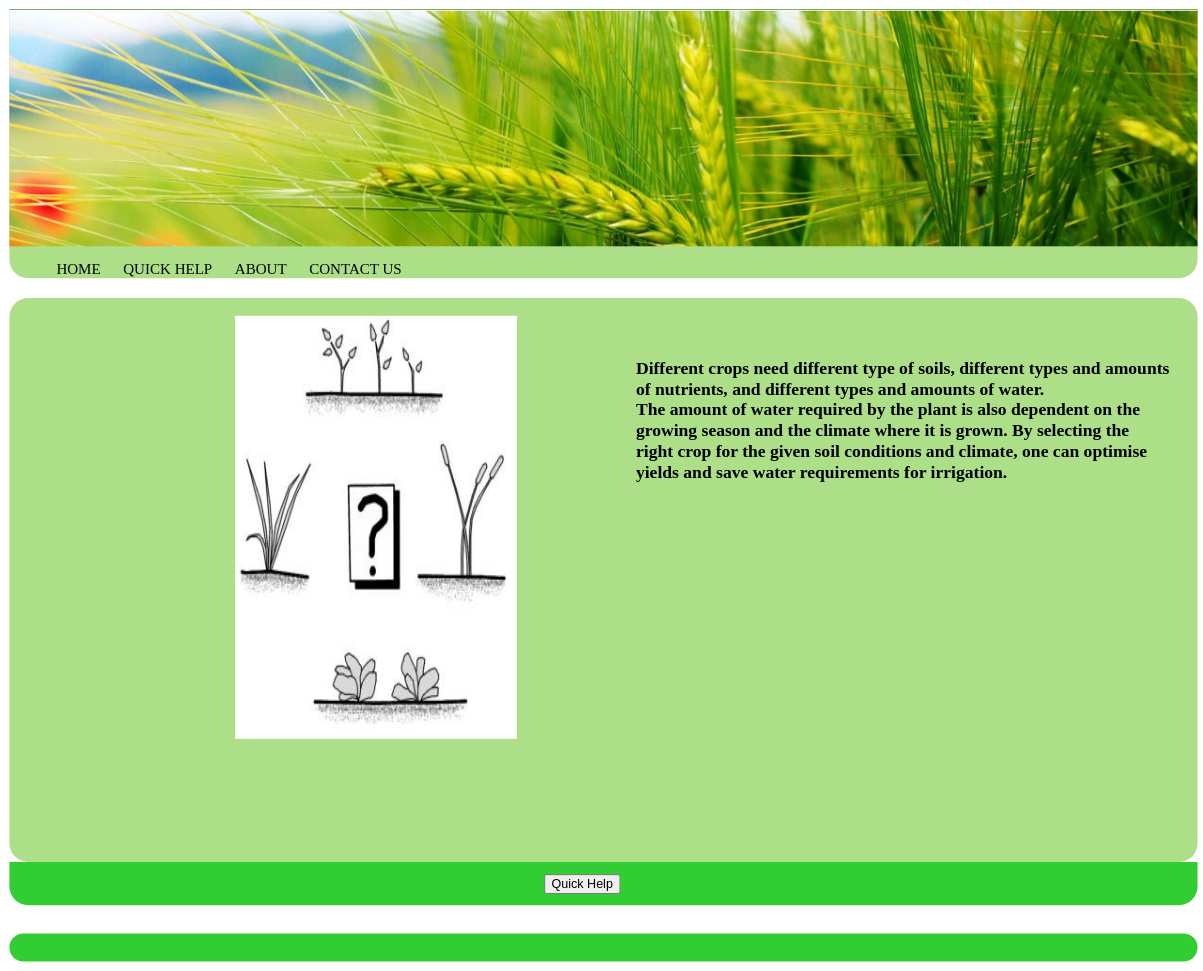
Repository: shivamtyagi1234/FarmoFriend
Page: http://localhost/FarmoFriend/
These files come from the project's save history. The page is drawn as it stood at one moment and after the next save; the edit follows.
The browser window is 1280 px wide. The pictures show the whole page, at 94% of full size.
The page is served by Tomcat 9. Other server files are loaded and not shown.

Above is the page before, as saved 2019-11-03 07:14:50.

### FarmoFriend/WebContent/home.jsp
<%@ page language="java" contentType="text/html; charset=ISO-8859-1"
    pageEncoding="ISO-8859-1"%>
<!DOCTYPE html PUBLIC "-//W3C//DTD HTML 4.01 Transitional//EN" "http://www.w3.org/TR/html4/loose.dtd">
<html>
<head>
<meta http-equiv="Content-Type" content="text/html; charset=ISO-8859-1">
<title>home</title>

<style type="text/css">
#main
{
width: 100%;
height: 100%;
border: 2px solid white;
}
#homeHead
{
background-color: #ACDF87;
border-radius:0px 0px 20px 20px;
}
#blank1
{
width: 100%;
height: 5px;
}
#homeBody
{
background-color: #ACDF87;
border-top:2px solid;
width: 100%;
height: 600px;
border: 2px;
border-color:limegreen;
border-radius:20px 20px 20px 20px;
}
#homeImage
{
height: 100%;
width: 50%;
}
#homeContent
{
height: 100%;
width: 50%;
}
#homeBody img
{
height:450px;
width:300px;
padding-left: 38%;
padding-top: 3%;
}
#vote
{
border:2px;
border-color: limegreen;
padding-top:1%;
padding-left: 45%;
padding-bottom:1%;
background-color: limegreen;
border-radius:0px 0px 20px 20px;
}
#blank2
{
width: 100%;
height:30px;
}
</style>
</head>
<body >
<div id="main">
<div id="homeHead">
<jsp:include page="header.jsp"></jsp:include>
</div>
<div id="blank1"></div>

<div id="homeBody">
	<div style="float: left; width: 50%"><img alt="home1" src="images\crop selection.jpg" ></div>
	<div style="float: right; text-align: left; text-decoration: blink; padding-right:30px; padding-top: 45px";>
	<p><h3>Different crops need different type of soils, different types and amounts
	<br>of nutrients, and different types and amounts of water.
	<br> The amount of water required by the plant is also dependent on the
	<br>growing season and the climate where it is grown. By selecting the
	<br>right crop for the given soil conditions and climate, one can optimise
	<br> yields and save water requirements for irrigation.<br></h3></p>
	</div>




</div>
<div id="vote">
<a href="voterLogin.jsp"><button>Quick Help</button></a>
</div>
<div id="blank2"></div>
<div id="homeFoot">
<jsp:include page="footer.jsp"></jsp:include>
</div>
</div>
</body>
</html>

### FarmoFriend/WebContent/header.jsp
<%@ page language="java" contentType="text/html; charset=ISO-8859-1"
    pageEncoding="ISO-8859-1"%>
<!DOCTYPE html PUBLIC "-//W3C//DTD HTML 4.01 Transitional//EN" "http://www.w3.org/TR/html4/loose.dtd">
<head>
<meta http-equiv="Content-Type" content="text/html; charset=ISO-8859-1">
<title>result</title>
<style>
#header
{
height: 25%;
width: 100%;


}
#header ul
{
list-style-type: none;
}
#header ul li
{
display: inline;

padding: 10px;
}
#header ul li a
{
text-decoration: none;
color: black;
}
</style>
</head>
<body>
<div id="header">
	<img src="images\head.png" width="100%">
	<ul>
	<li><a href="home.jsp">HOME</a></li>
	<li><a href="registration.jsp">QUICK HELP</a></li>
	<li><a href="voterLogin.jsp">ABOUT</a></li>
	<li><a href="result.jsp">CONTACT US</a></li>
</ul>
</div>
</body>
</html>

### FarmoFriend/WebContent/footer.jsp
<%@ page language="java" contentType="text/html; charset=ISO-8859-1"
    pageEncoding="ISO-8859-1"%>
<!DOCTYPE html PUBLIC "-//W3C//DTD HTML 4.01 Transitional//EN" "http://www.w3.org/TR/html4/loose.dtd">
<html>
<head>
<meta http-equiv="Content-Type" content="text/html; charset=ISO-8859-1">

<title>FOOTER</title>
<style type="text/css">
#footer
{
width: 100%;
height: 30px;
background-color: limegreen;
border-radius:20px 20px 20px 20px;
}
</style>
</head>
<body>
<div id="footer">

</div>
</body>
</html>

After the next save:
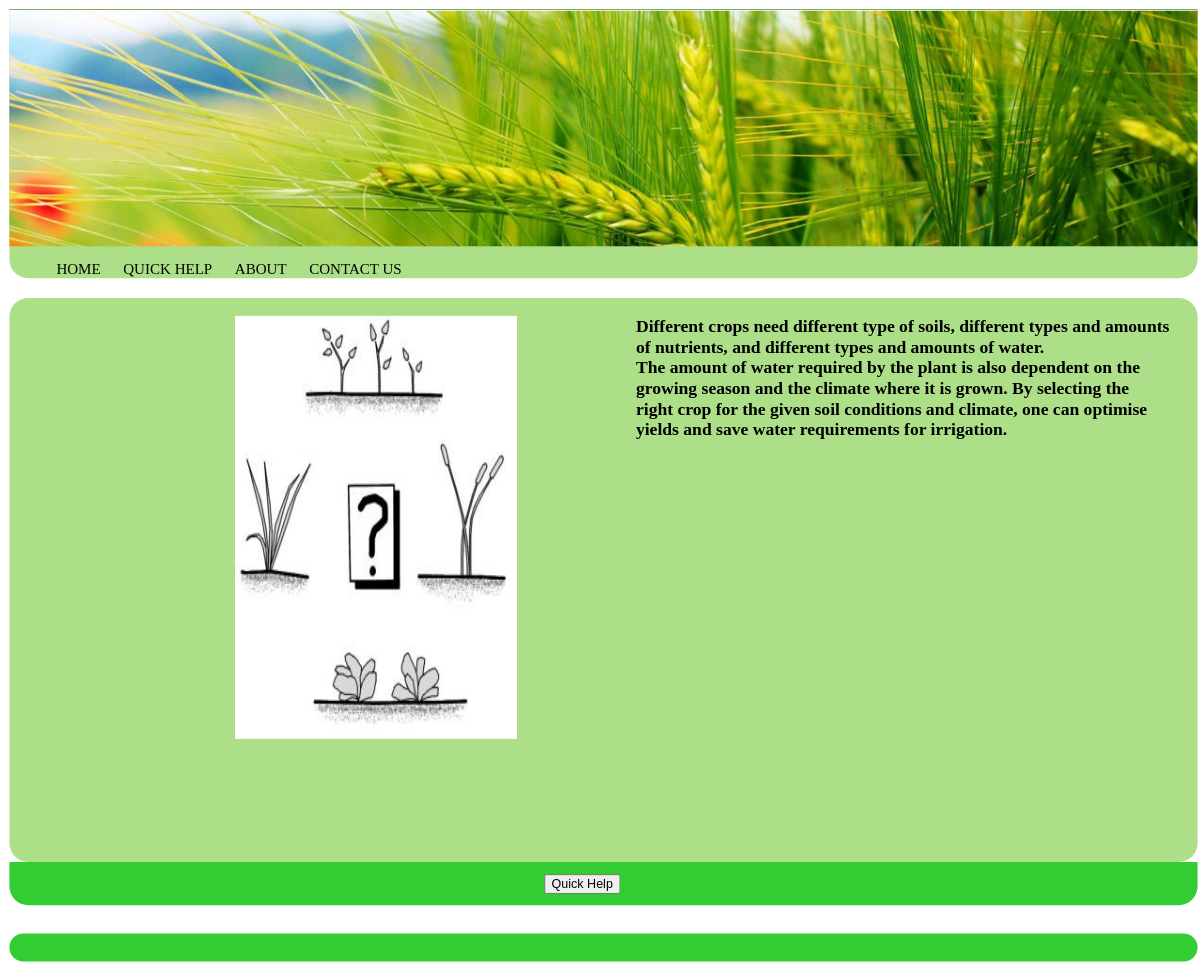
Saved 21 s later.
--- a/FarmoFriend/WebContent/home.jsp
+++ b/FarmoFriend/WebContent/home.jsp
@@ -76,7 +76,7 @@ height:30px;
 
 <div id="homeBody">
 	<div style="float: left; width: 50%"><img alt="home1" src="images\crop selection.jpg" ></div>
-	<div style="float: right; text-align: left; text-decoration: blink; padding-right:30px; padding-top: 45px";>
+	<div style="float: right; text-align: left; text-decoration: blink; padding-right:30px; padding-top: 0px";>
 	<p><h3>Different crops need different type of soils, different types and amounts
 	<br>of nutrients, and different types and amounts of water.
 	<br> The amount of water required by the plant is also dependent on the
